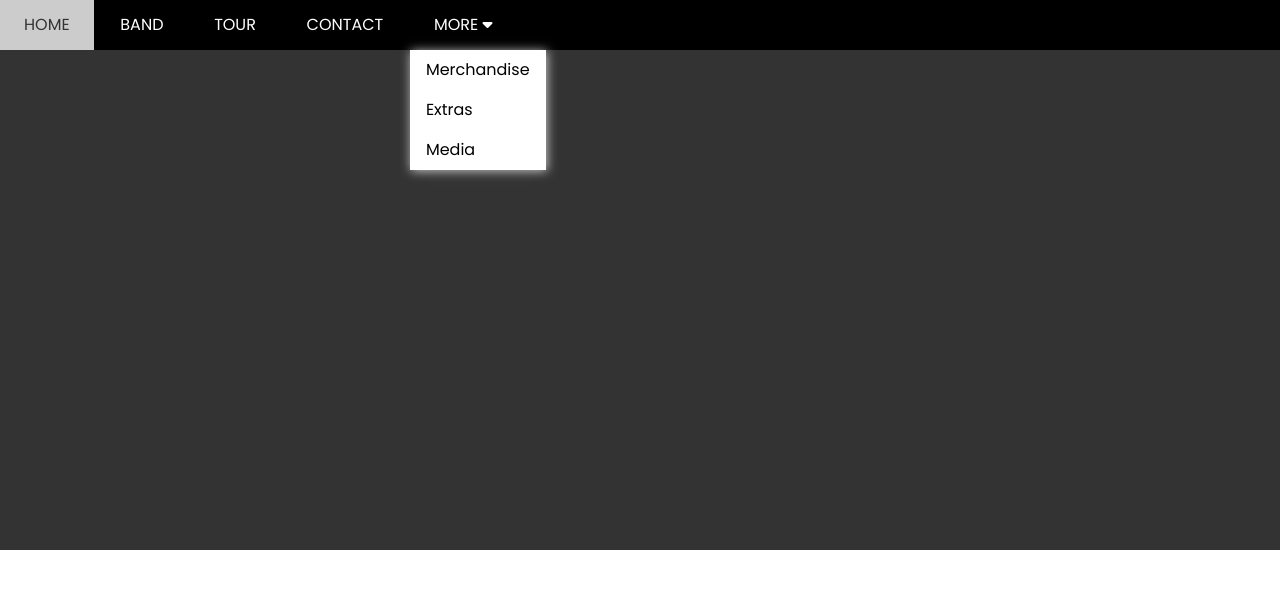
Repository: dptuyen1/the-band
Page: index.html
These files come from the project's save history. The page is drawn as it stood at one moment and after the next save; the edit follows.
The browser window is 1280 px wide. The pictures show the whole page.

Above is the page before, as saved 2023-06-02 12:35:14.

### index.html
<!DOCTYPE html>
<html lang="en">
  <head>
    <meta charset="UTF-8" />
    <meta http-equiv="X-UA-Compatible" content="IE=edge" />
    <meta name="viewport" content="width=device-width, initial-scale=1.0" />
    <title>Document</title>
    <link rel="stylesheet" href="./assets/css/style.css" />
    <link
      rel="stylesheet"
      href="https://cdnjs.cloudflare.com/ajax/libs/font-awesome/6.4.0/css/all.min.css"
      integrity="sha512-iecdLmaskl7CVkqkXNQ/ZH/XLlvWZOJyj7Yy7tcenmpD1ypASozpmT/E0iPtmFIB46ZmdtAc9eNBvH0H/ZpiBw=="
      crossorigin="anonymous"
      referrerpolicy="no-referrer"
    />
  </head>
  <body>
    <div id="wrapper">
      <header id="header">
        <ul id="nav">
          <li><a href="#">HOME</a></li>
          <li><a href="#">BAND</a></li>
          <li><a href="#">TOUR</a></li>
          <li><a href="#">CONTACT</a></li>
          <li>
            <a href="#">
              MORE
              <i class="fa-solid fa-caret-down"></i>
            </a>
            <ul class="sub-nav">
              <li><a href="#">Merchandise</a></li>
              <li><a href="#">Extras</a></li>
              <li><a href="#">Media</a></li>
            </ul>
          </li>
        </ul>
      </header>
      <div id="slider"></div>
      <main id="content"></main>
      <footer id="footer"></footer>
    </div>
  </body>
  <script src="./assets/js/script.js"></script>
</html>

### assets/css/style.css
@import url("https://fonts.googleapis.com/css2?family=Poppins:wght@300;400;500;600;700&display=swap");

* {
  padding: 0;
  margin: 0;
  box-sizing: border-box;
}

html {
  font-size: 62.5%;
  font-family: "Poppins", sans-serif;
  scroll-behavior: smooth;
}

:root {
  --white: #fff;
  --black: #000;
  --text: #333;
}

#wrapper {
}
#header {
  height: 50px;
  background-color: var(--black);
}
#nav,
.sub-nav {
  list-style: none;
}
#nav li {
  display: inline-block;
  position: relative;
}

#nav li a {
  font-size: 1.6rem;
  text-decoration: none;
  line-height: 50px;
  padding: 0 24px;
  display: inline-block;
}

#nav > li > a {
  color: var(--white);
}

#nav li:hover > a {
  background-color: #ccc;
  color: var(--text);
}

#nav .sub-nav {
  /* display: none; */
  position: absolute;
  background-color: var(--white);
  box-shadow: 1px 1px 10px #ccc;
}

.sub-nav * {
  width: 100%;
}

#nav .sub-nav a {
  color: var(--black);
  padding: 0 16px;
  line-height: 40px;
}

#slider {
  min-height: 500px;
  background-color: var(--text);
}
#content {
}
#footer {
}

Loaded but not shown: assets/js/script.js (no copy from this time; the picture is the same without it)

After the next save:
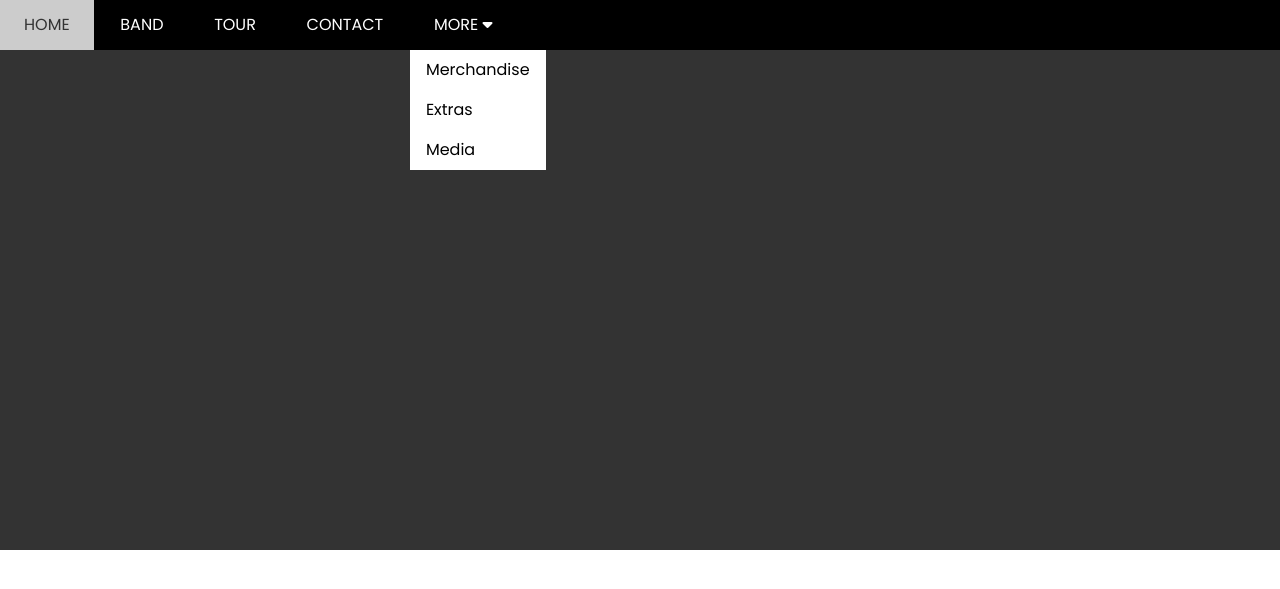
Saved 43 s later.
--- a/assets/css/style.css
+++ b/assets/css/style.css
@@ -54,7 +54,7 @@ html {
   /* display: none; */
   position: absolute;
   background-color: var(--white);
-  box-shadow: 1px 1px 10px #ccc;
+  box-shadow: 0 0 10px rgba(red, green, blue, alpha);
 }
 
 .sub-nav * {
